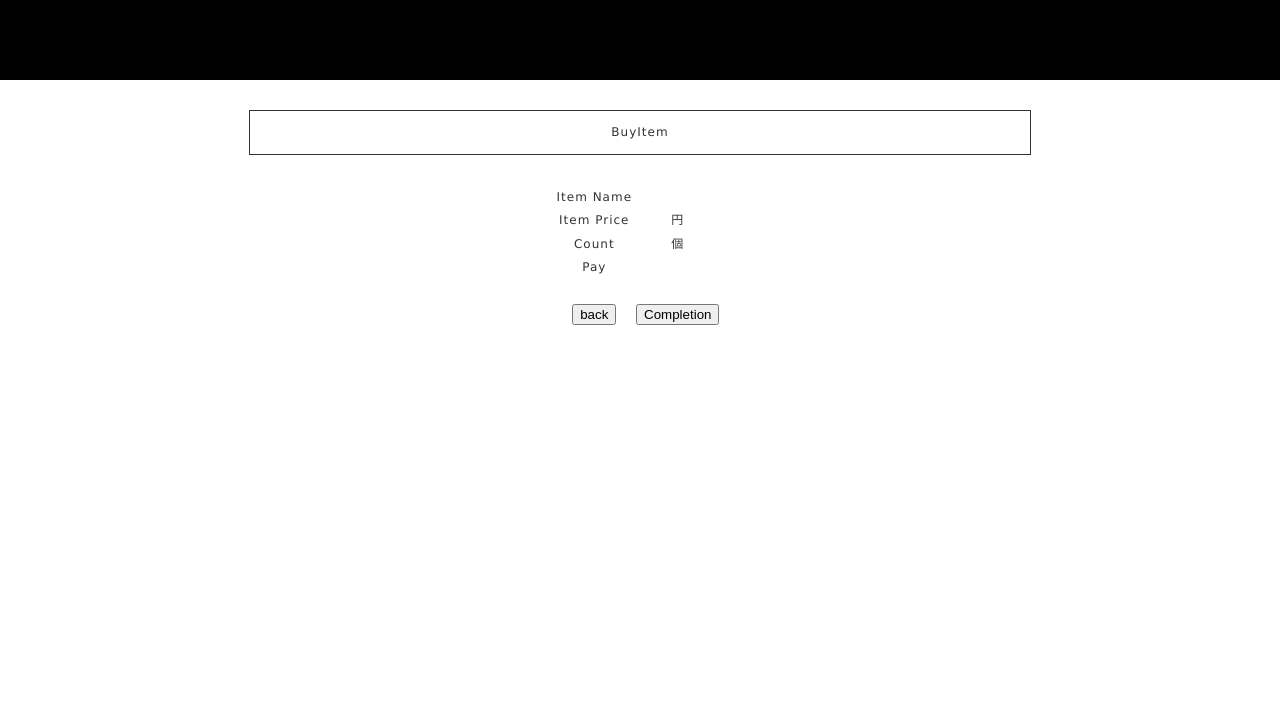
Repository: user-yo-yo/test
Page: http://localhost/ecsite2/buyItemConfirm.jsp
The author's editor kept a copy of each file at every save. The page is drawn from the files as they stood at one save, then again after the next save.
The browser window is 1280 px wide. The pictures show the whole page.
Some web libraries are served in a nearby version. The page is served by Tomcat 9. Other server files are loaded and not shown.

Above is the page before, as saved 2019-03-19 07:33:17.

### ecsite2/WebContent/buyItemConfirm.jsp
<%@ page language="java" contentType="text/html; charset=UTF-8"
	pageEncoding="UTF-8"%>
<%@ taglib prefix="s" uri="/struts-tags"%>
<!DOCTYPE html>
<html>
<head>
<meta http-equiv="Content-Type" content="text/html; charset=UTF-8" />
<meta http-equiv="Content-Style-Type" content="text/css" />
<meta http-equiv="Content-Script-Type" content="text/javascript" />
<meta http-equiv="imagetoolbar" content="no" />
<meta name="description" content="" />
<meta name="keywords" content="" />
<script src="http://ajax.googleapis.com/ajax/libs/jquery/1.9.1/jquery.min.js"></script>
<title>BuyItemConfirm画面</title>

<style type="text/css">
/* ========TAG LAYOUT======== */
body {
	margin: 0;
	padding: 0;
	line-height: 1.6;
	letter-spacing: 1px;
	font-family: Verdana, Helvetica, sans-serif;
	font-size: 12px;
	color: #333;
	background: #fff;
}

table {
	text-align: center;
	margin: 0 auto;
}

/* ========ID LAYOUT======== */
#top {
	width: 780px;
	margin: 30px auto;
	border: 1px solid #333;
}

#header {
	width: 100%;
	height: 80px;
	background-color: black;
}

#main {
	width: 100%;
	height: 500px;
	text-align: center;
}

#footer {
	width: 100%;
	height: 80px;
	background-color: black;
	clear: both;
}

#text-center {
	display: inline-block;
	text-align: center;
}
</style>
<script type="text/javascript">
	function submitAction(url){
		$('form').attr('action',url);
		$('form').submit();
	}
</script>
</head>
<body>
	<div id="header">
		<div id="pr">
		</div>
	</div>
	<div id="main">
		<div id="top">
			<p>BuyItem</p>
		</div>
		<div>
			<s:form>
				<tr>
					<td>Item Name</td>
					<td><s:property value="session.buyItem_name" /></td>
				</tr>
				<tr>
					<td>Item Price</td>
					<td><s:property value="session.total_price" /><span>円</span></td>
				</tr>
				<tr>
					<td>Count</td>
					<td><s:property value="session.sount" /><span>個</span></td>
				</tr>
				<tr>
					<td>Pay</td>
					<td><s:property value="session.psy" /></td>
				</tr>
				<tr>
					<td><br></td>
				</tr>
				<tr>
					<td>
						<input type="button" value="back" onclick="submitAction('HomeAction')"/>
					</td>
					<td>
						<input type="button" value="Completion" onclick="submitAction('BuyItemConfirmAction')"/>
					</td>
					<td></td>
				</tr>
			</s:form>
		</div>
	</div>
</body>
</html>

After the next save:
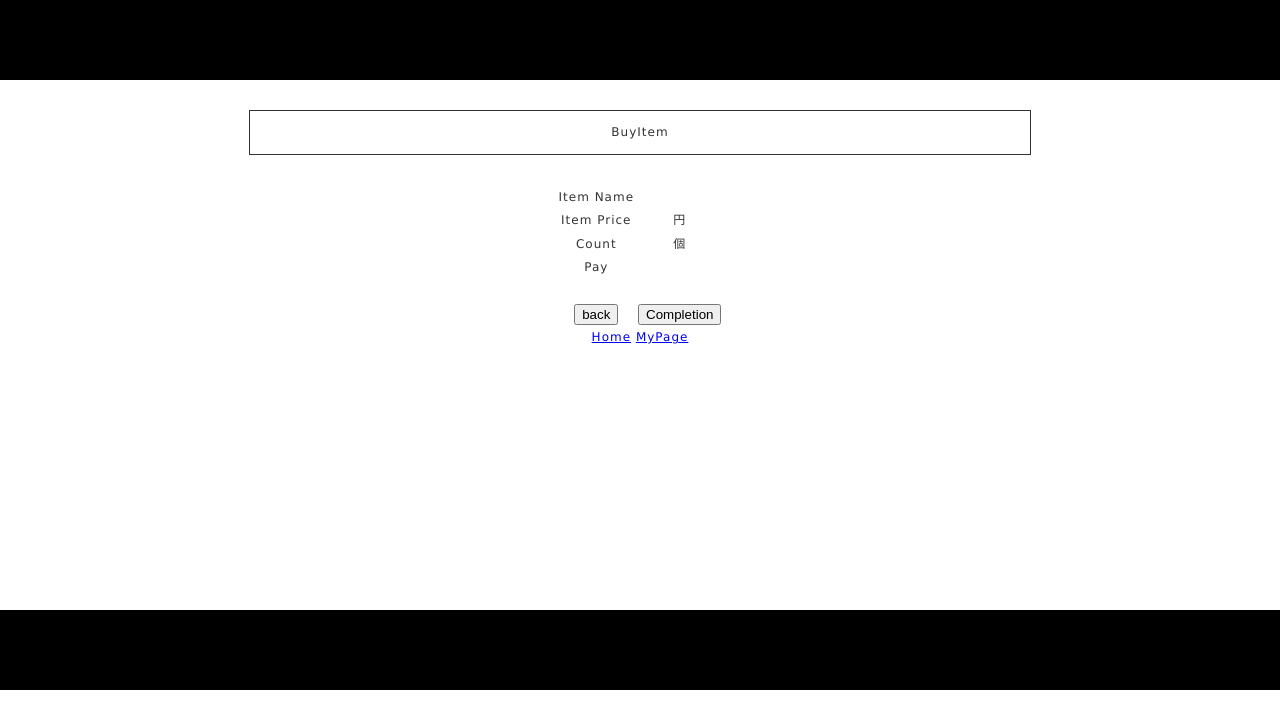
Saved 3 min 25 s later.
--- a/ecsite2/WebContent/buyItemConfirm.jsp
+++ b/ecsite2/WebContent/buyItemConfirm.jsp
@@ -106,9 +106,16 @@
 					<td>
 						<input type="button" value="Completion" onclick="submitAction('BuyItemConfirmAction')"/>
 					</td>
-					<td></td>
 				</tr>
 			</s:form>
+			<div>
+				<a href='<s:url action="GoHomeAction" />'>Home</a>
+				<a href='<s:url action="MyPageAction" />'>MyPage</a>
+			</div>
+		</div>
+	</div>
+	<div id="footer">
+		<div id="pr">
 		</div>
 	</div>
 </body>
